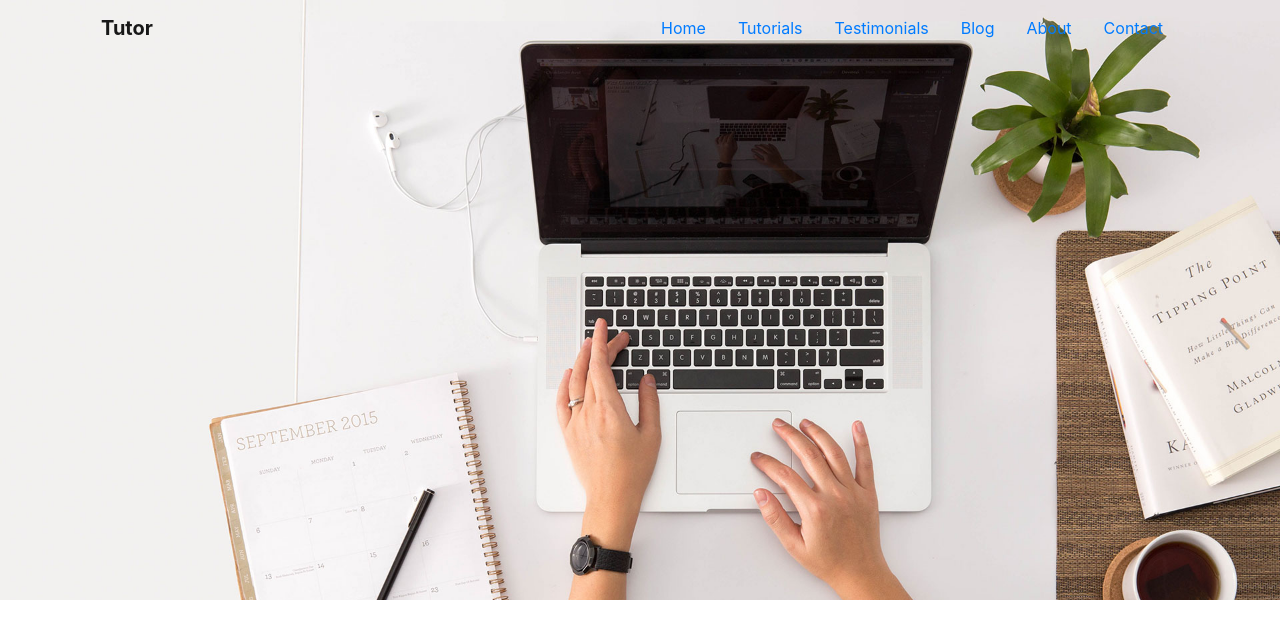
Repository: longvh2003/Tutor
Page: Views/home.html
An editor plug-in stored every save of this project. The page is shown before and after the next save, followed by the edit.
The browser window is 1280 px wide. The pictures show the whole page.
Some web libraries are served in a nearby version.

Above is the page before, as saved 2020-08-12 16:11:22.

After the next save:
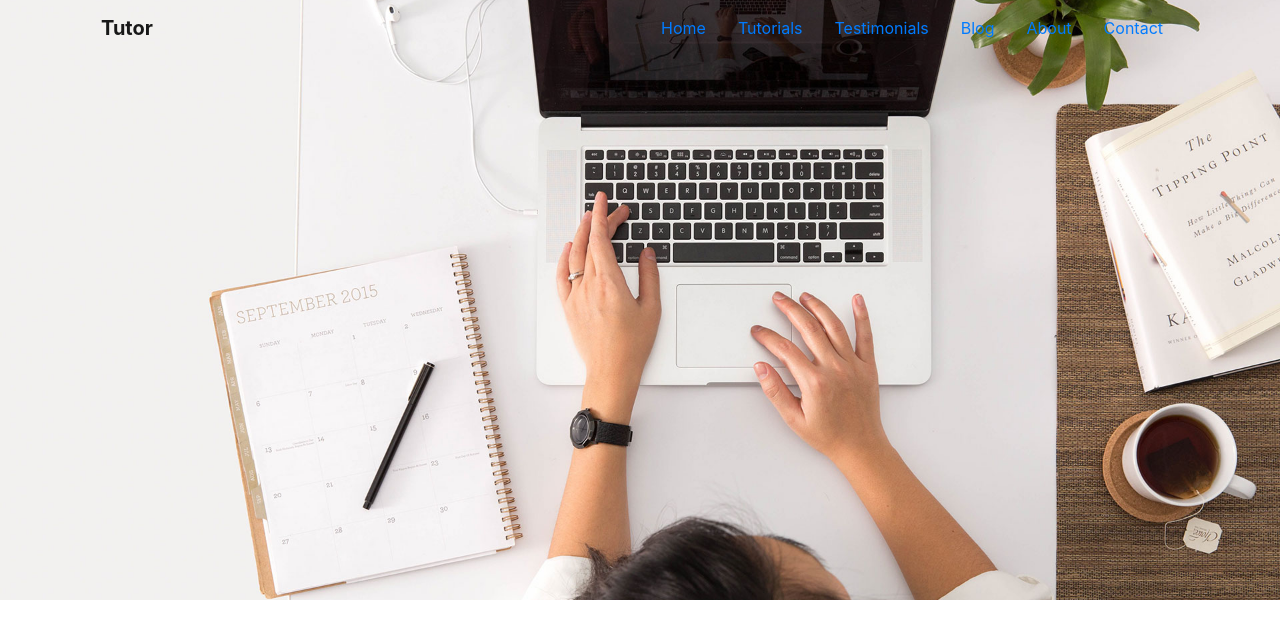
Saved 23 s later.
--- a/Css/home.css
+++ b/Css/home.css
@@ -4,7 +4,7 @@ body {
     "Segoe UI Emoji", "Segoe UI Symbol", "Noto Color Emoji";
 }
 .header{
-    background-image: url(../Image/hero_bg.jpg);
+    background: url(../Image/hero_bg.jpg) no-repeat center center;
     height: 600px;
     background-size: cover;
 }
